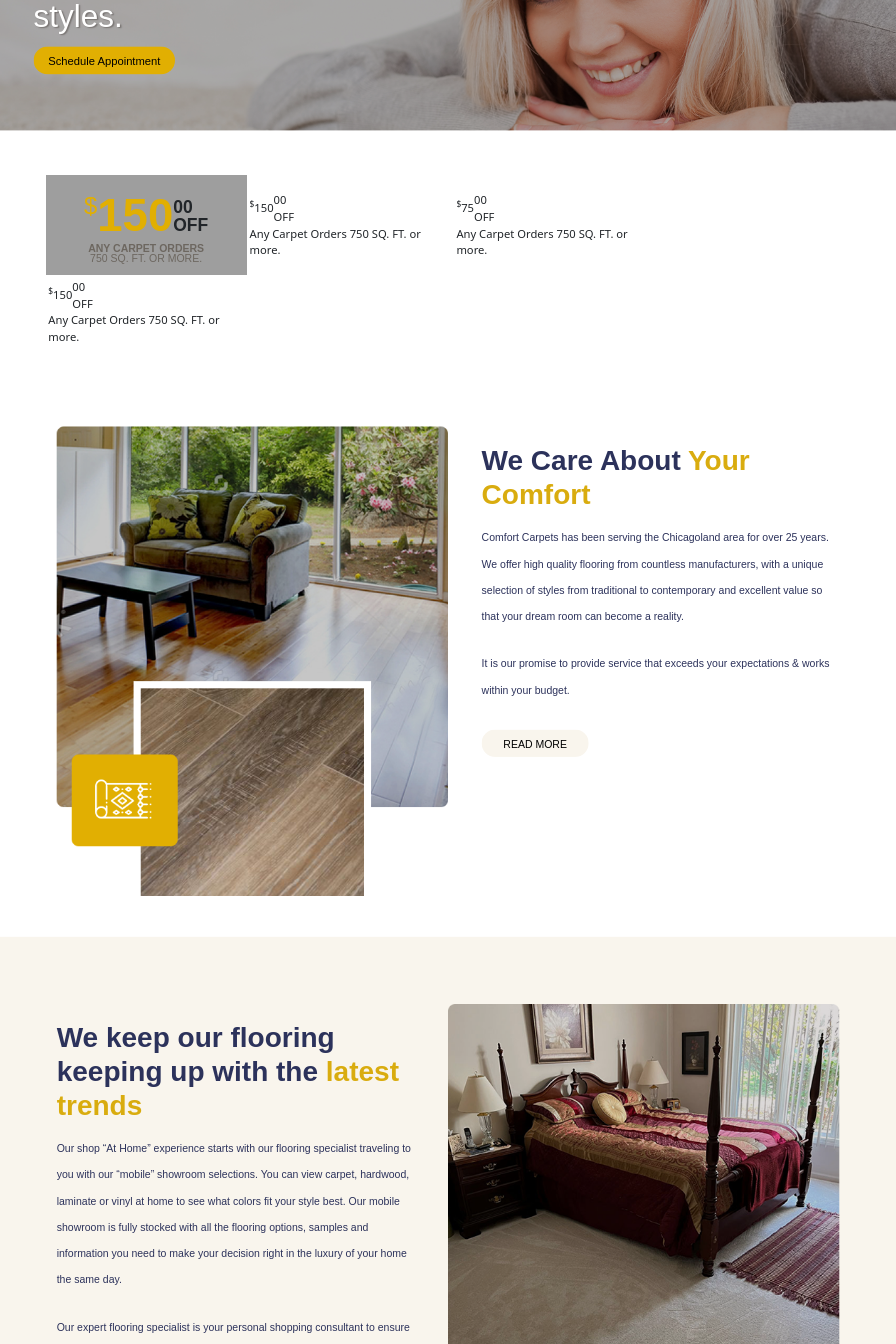
Repository: Ab-dur-Rehman/sscaseFolders
Page: index.html
The author's editor kept a copy of each file at every save. The page is drawn from the files as they stood at one save, then again after the next save.
The browser window is 1280 px wide. The pictures show the part of the page from y = 366 to 2286 px (the page is 5821 px tall before and 5881 px after), at 70% of full size.
Pictures or frames that could not be fetched are drawn as grey boxes. Some web fonts or font styles are not loaded; a fallback is used.

Above is the page before, as saved 2022-12-27 19:46:18.

After the next save:
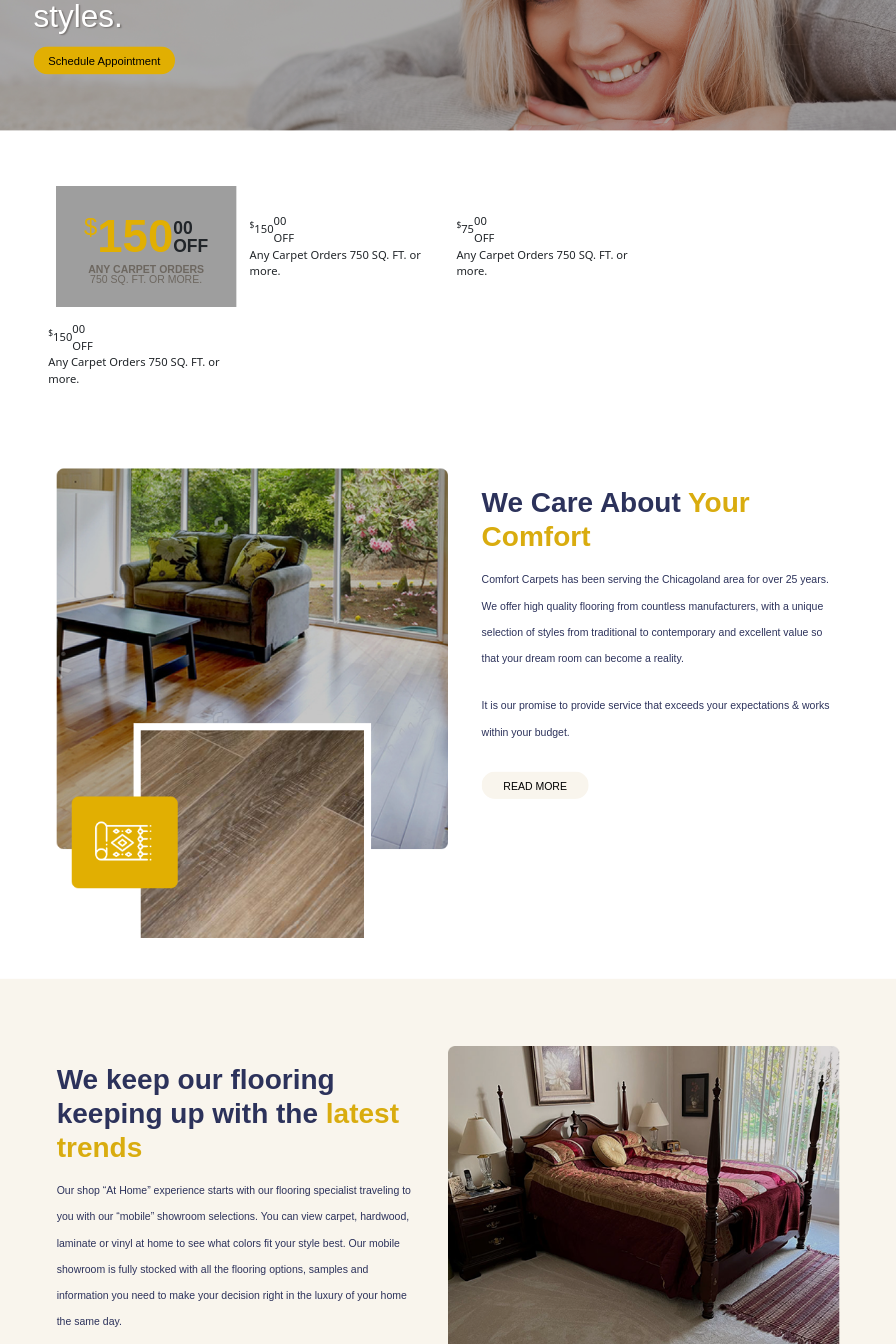
Saved 80 s later.
--- a/assets/css/style.css
+++ b/assets/css/style.css
@@ -78,7 +78,8 @@
 }
 .tab-inner {
     /* border: 10px solid transparent;*/
-    padding: 15px;
+    margin: 15px;
+    padding: 30px 15px;
     /* border-image: url(../images/31.png) 4% round; */
     /* border-image-outset: 10px 5px 15px 5px; */
     /* border-image-slice: 70; */
